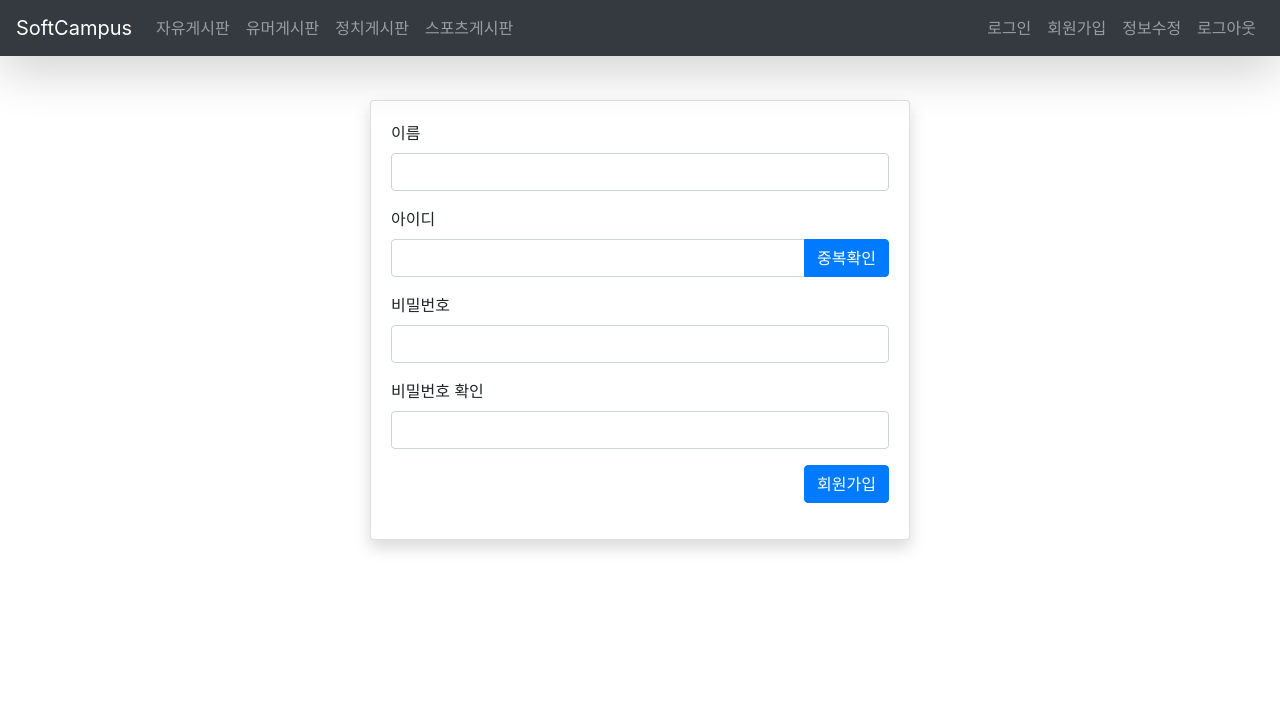
Repository: OhGeanYoung/Spring
Page: http://localhost/MiniProjectJava/WEB-INF/views/user/join.jsp
An editor plug-in stored every save of this project. The page is shown before and after the next save, followed by the edit.
The browser window is 1280 px wide. The pictures show the whole page.
The page is served by Tomcat 9. Nobody is signed in. The template is opened directly, without the code that normally fills it, so the values that code supplies are empty.

Above is the page before, as saved 2022-06-08 15:28:31.

After the next save:
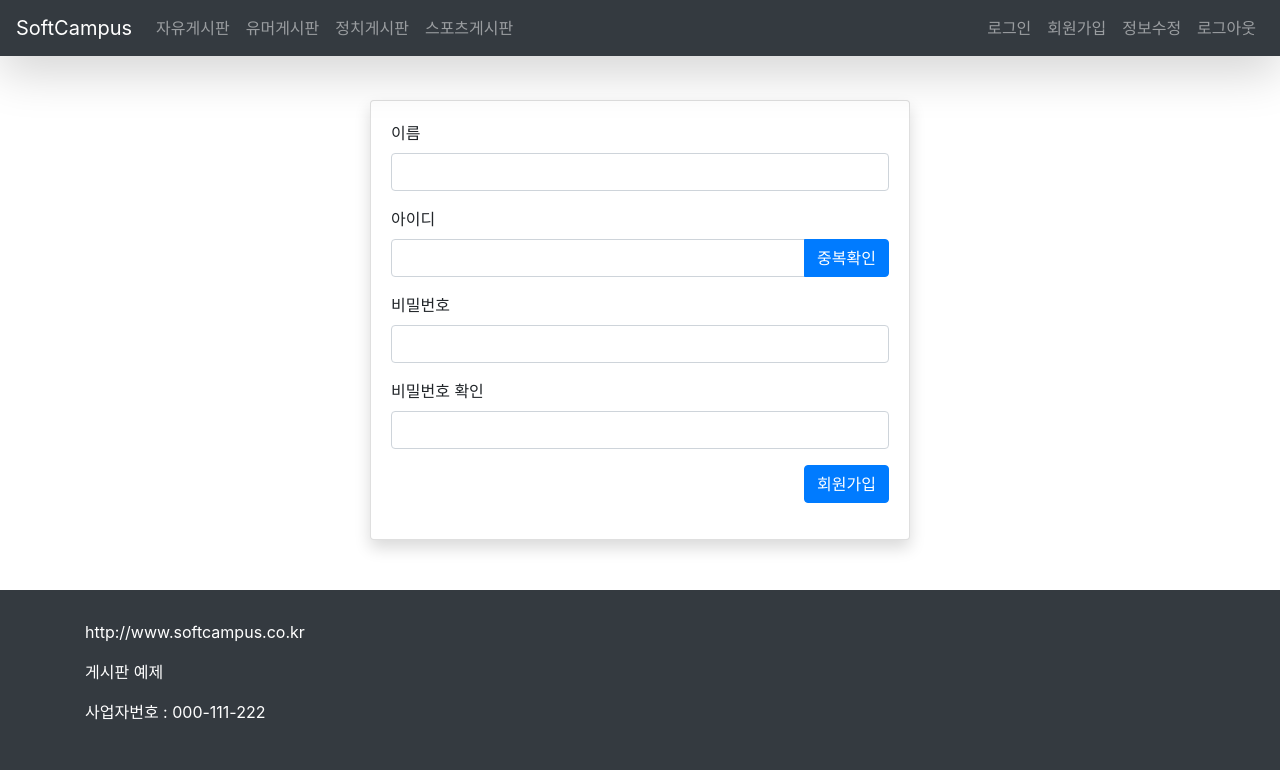
Saved 24 s later.
--- a/MiniProjectJava/WebContent/WEB-INF/views/user/join.jsp
+++ b/MiniProjectJava/WebContent/WEB-INF/views/user/join.jsp
@@ -59,7 +59,7 @@
 	</div>
 </div>
 
-
+<c:import url="/WEB-INF/views/include/bottom_info.jsp" />
 
 </body>
 </html>
